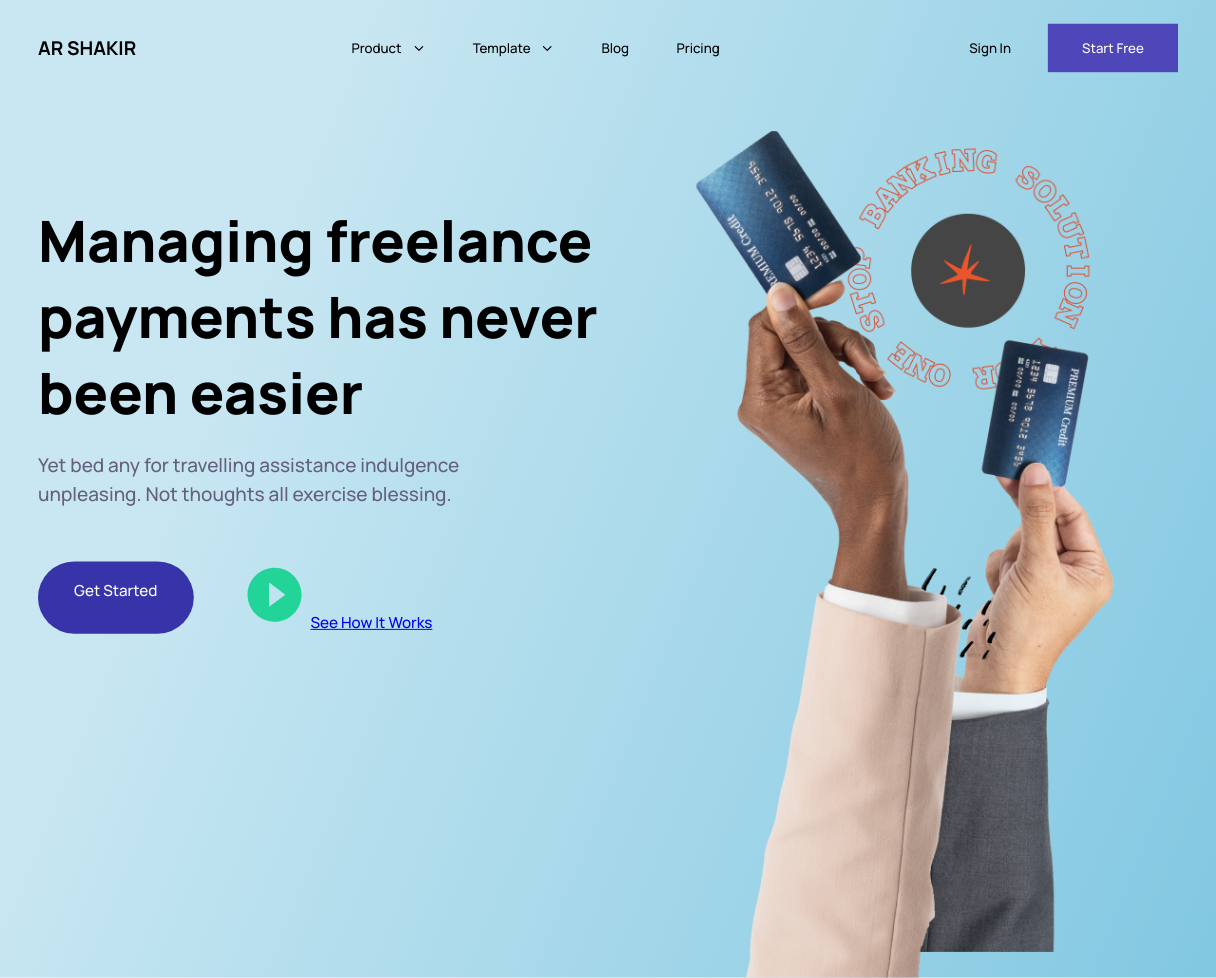
Repository: duongdori/ARShakir
Page: index.html
The author's editor kept a copy of each file at every save. The page is drawn from the files as they stood at one save, then again after the next save.
The browser window is 1280 px wide. The pictures show the whole page, at 95% of full size.

Above is the page before, as saved 2022-04-02 16:50:48.

After the next save:
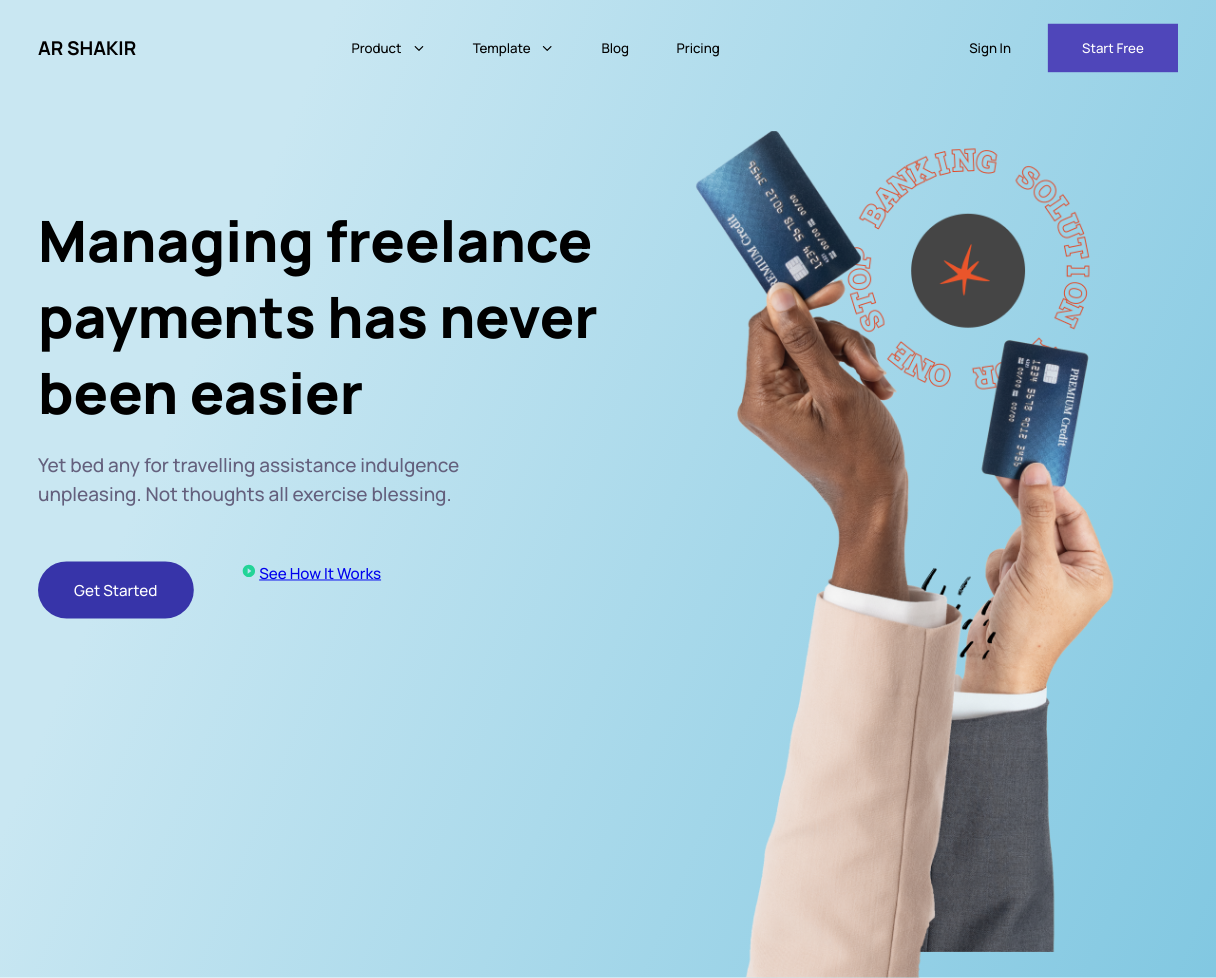
Saved 6 s later.
--- a/assets/css/main.css
+++ b/assets/css/main.css
@@ -168,8 +168,7 @@ body {
 
 .header-content-see_btn-icon {
     color: #22D497;
-    width: 70px;
-    height: 70px;
+
 }
 
 .header-content-see_btn-link{
